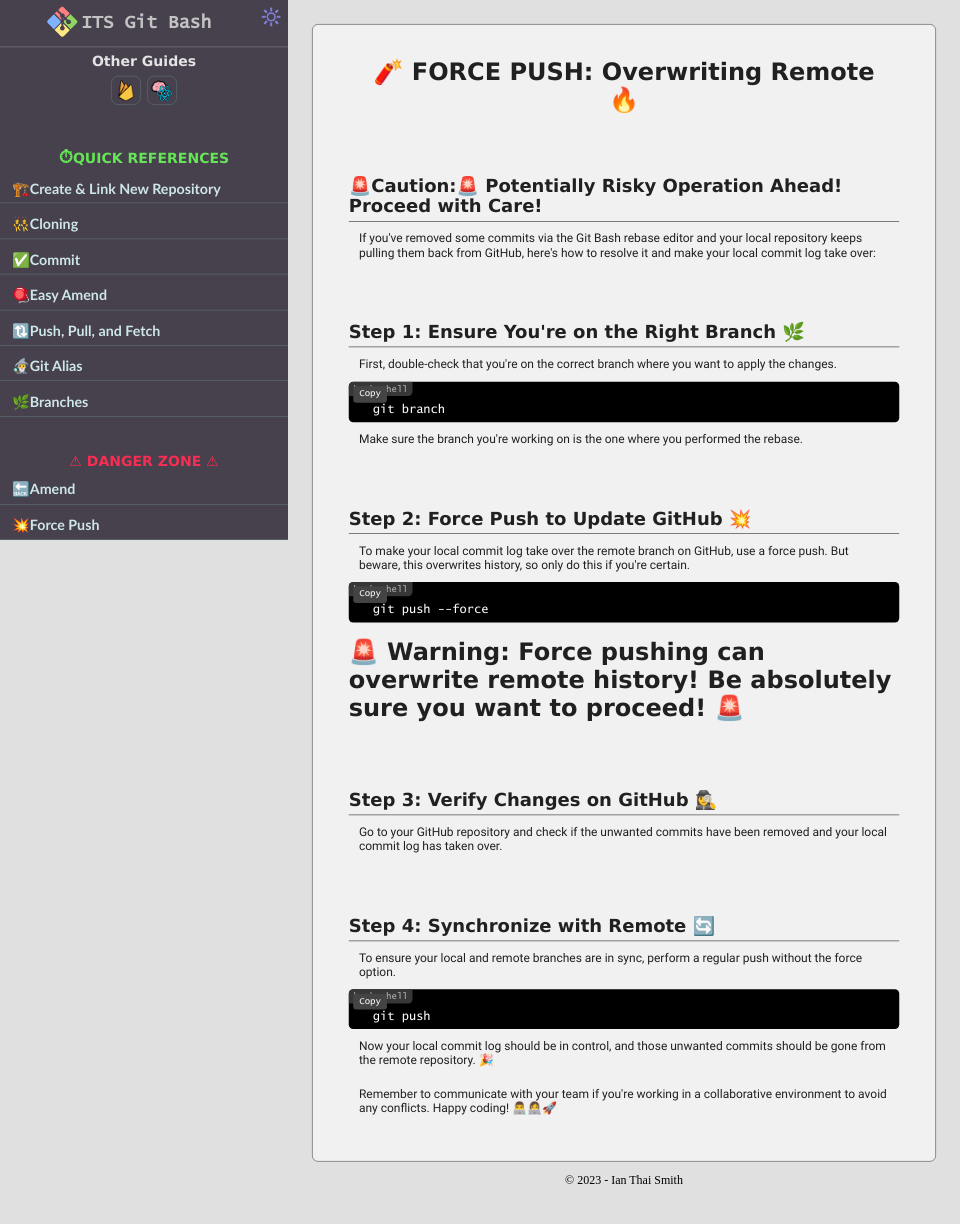
Repository: whyDoILoveThis/project__ITS_Git_Bash
Page: html/💥force-push.html
An editor plug-in stored every save of this project. The page is shown before and after the next save, followed by the edit.
The browser window is 1280 px wide. The pictures show the whole page, at 75% of full size.

Above is the page before, as saved 2025-07-06 07:11:58.

After the next save:
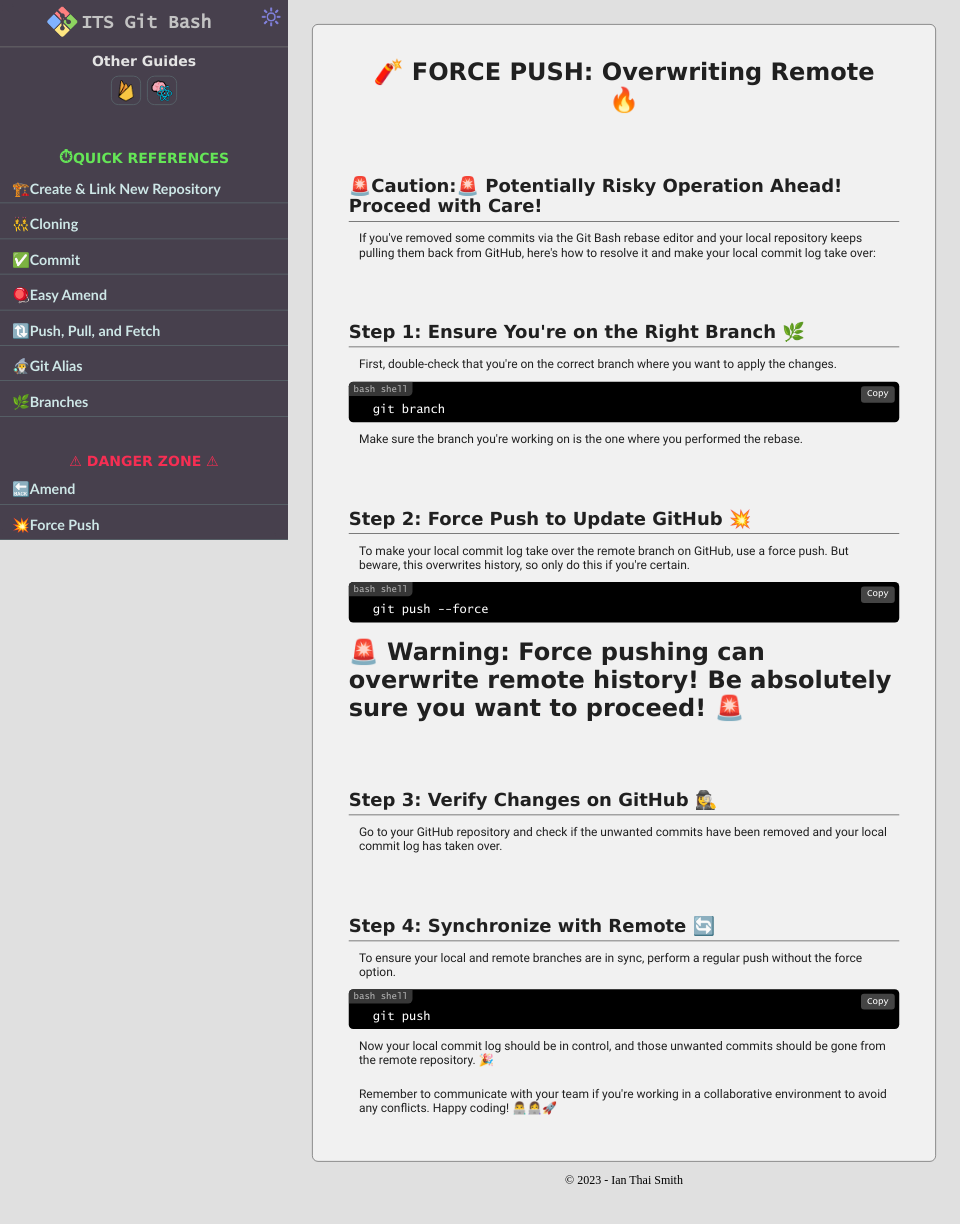
Saved 6 s later.
--- a/css/style.css
+++ b/css/style.css
@@ -565,7 +565,7 @@ em {
 .copy-btn {
   position: absolute;
   top: 6px;
-  left: 6px;
+  right: 6px;
   background: #444;
   color: #fff;
   border: none;
